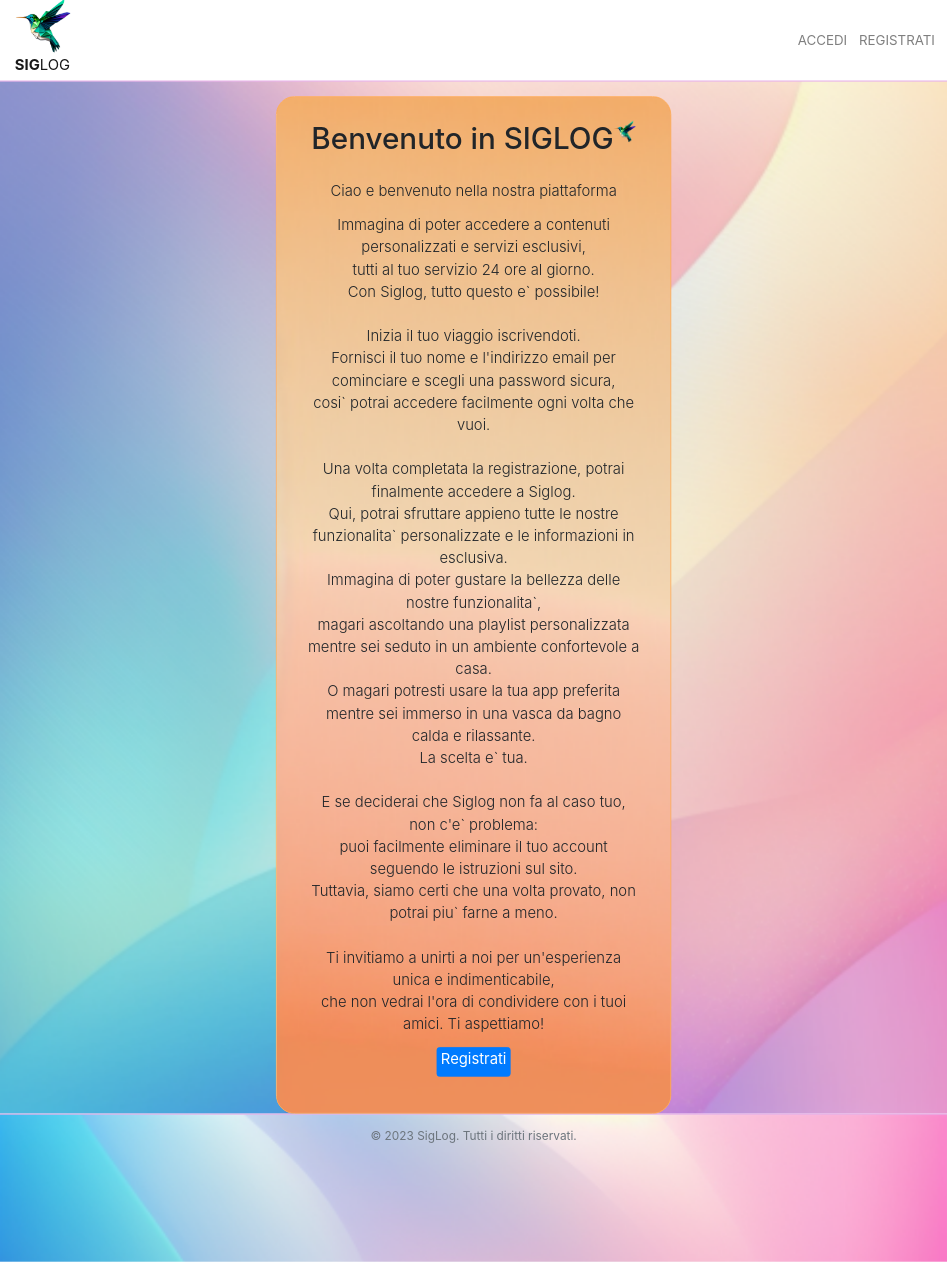
Repository: Nocco-Matteo/web_servlet_tpsi
Page: http://localhost/Servlet/
An editor plug-in stored every save of this project. The page is shown before and after the next save, followed by the edit.
The browser window is 1280 px wide. The pictures show the whole page, at 74% of full size.
Some web libraries are served in a nearby version. The page is served by Tomcat 9. Other server files are loaded and not shown.

Above is the page before, as saved 2023-03-03 22:46:25.

### eclipse/Servlet/src/main/webapp/index.jsp
<%@page import="java.net.http.HttpRequest"%>
<%@ page language="java" contentType="text/html; charset=US-ASCII" pageEncoding="US-ASCII"%>
<%@ page import="java.net.*" %>
<%@ page import="java.util.*" %>
<%@ page import="java.util.Base64.*" %>
<!DOCTYPE html>
<html>
<head>
	<title>Titolo Pagina</title>
	<meta charset="UTF-8">
	<meta name="viewport" content="width=device-width, initial-scale=1.0">
	<link rel="stylesheet" href="https://cdn.jsdelivr.net/npm/bootstrap@4.0.0/dist/css/bootstrap.min.css" integrity="sha384-Gn5384xqQ1aoWXA+058RXPxPg6fy4IWvTNh0E263XmFcJlSAwiGgFAW/dAiS6JXm" crossorigin="anonymous">
	<link rel="stylesheet" type="text/css" href="${pageContext.request.contextPath}/style">
</head>
<body>
<%!
	public static String stringToBase64(String str) //da stringa a base64
	{
	    byte[] bytes = str.getBytes();
	    byte[] encoded = Base64.getEncoder().encode(bytes);
	    return new String(encoded);
	}
	public static String base64ToString(String base64) //da base64 a stringa
	{
	    byte[] decoded = Base64.getDecoder().decode(base64);
	    return new String(decoded);
	}

	public static Boolean is_logged_in(String nome)
	{
		if(nome == null) return false;
		else return true;
	}
	public static String pulisci_attributo()
	{
		return null;
	}
%>

<%
	Boolean accesso = false; //controllo se l'utente ha fatto l'accesso
	String nome_sess = "", //dati utente
			cognome_sess ="",
			email_sess = "",
			password_sess="";
	String pagina = ""; //pagine dinamiche
	String tipo_errore="";//tipo di errore (piu` specifico di classe_errore)
	String classe_errore=""; //classe dell'errore (piu` generale di tipo_errore)

	if(session.getAttribute("nome")!= null) //controllo se l'utente ha fatto l'accesso
	{
		nome_sess = session.getAttribute("nome").toString(); //prendi attributo nome della sessione
		nome_sess = nome_sess.substring(0, 1).toUpperCase() + nome_sess.substring(1); //primo carattere maiuscolo

		cognome_sess = session.getAttribute("cognome").toString(); //prendi attributo cognome della sessione
		cognome_sess = cognome_sess.substring(0, 1).toUpperCase() + cognome_sess.substring(1); //primo carattere maiuscolo

		email_sess = session.getAttribute("email").toString(); //prendi attributo email della sessione
		email_sess = email_sess.toLowerCase(); //tutto minuscolo

		password_sess = session.getAttribute("password").toString(); //prendi attributo password della sessione

		accesso = is_logged_in(nome_sess); //controlla se ha fatto l'accesso
	}



	if(request.getParameter("page")!= null) //cambia pagina in base al parametro get
		pagina = request.getParameter("page"); //impostazione della pagina richiesta


	if(request.getParameter("error")!= null) //se viene rilevato un errore in una richiesta
	{
		String [] errore = base64ToString(request.getParameter("error")).split(","); //divisione del parametro errore
		//errore[0]=classe_errore; errore[1]=tipo_specifico_errore; errore[2]=pagina_di_arrivo
		classe_errore = errore[0];
		//out.print(classe_errore);
		switch(classe_errore)
		{
			case "sql": //errore sql
				pagina = stringToBase64(errore[2]); //ritorno alla pagina di errore
				tipo_errore = errore[1]; //tipo dell'errore dettagliato
				//out.print("errore: "+tipo_errore);
			break;
			case "regex": //errore regex
				pagina = stringToBase64(errore[2]); //ritorno alla pagina di errore
				tipo_errore = errore[1]; //tipo dell'errore dettagliato
				//out.print("errore: "+tipo_errore);
			break;
			case "empty": //accesso fallito
				pagina = stringToBase64(errore[2]); //ritorno alla pagina di errore
				tipo_errore = errore[1]; //tipo dell'errore dettagliato
				//out.print("errore: "+tipo_errore);
			break;
			default:
		}
	}
	//out.print(accesso+"\n");



	//out.print(tipo_errore+"\n");
	//out.print(pagina+"\n");
	pagina = base64ToString(pagina); //conversione parametro get con la pagina
	//out.print(pagina);
%>
<!-- Testa Navbar -->
<nav class="navbar navbar-expand-lg navbar-light ">

	<a class="navbar-brand mt-2 logo" href="${pageContext.request.contextPath}">
		<img class="" width="75px" height="75px" src="${pageContext.request.contextPath}/logo" alt="Logo">
		<p><b>SIG</b>LOG</p>
	</a>

	<button class="navbar-toggler" type="button" data-toggle="collapse" data-target="#navbarNav" aria-controls="navbarNav" aria-expanded="false" aria-label="Toggle navigation">
		<span class="navbar-toggler-icon"></span>
	</button>

	<div class="collapse navbar-collapse justify-content-end" id="navbarNav">
		<%if(accesso){ %>
		<ul class="navbar-nav">
			<li class="nav-item">
				<%=email_sess%>
			</li>
		</ul>
		<ul class="navbar-nav">
			<li class="nav-item">
				<a class="nav-link" href="http://localhost:8080/Servlet_prova/index.jsp?page=<%=stringToBase64("profilo")%>">PROFILO</a>
			</li>
		</ul>
		<%} else{ %>
		<ul class="navbar-nav r-0">
			<li class="nav-item">
				<a class="nav-link" href="http://localhost:8080/Servlet_prova/index.jsp?page=<%=stringToBase64("accedi")%>">ACCEDI </a>
			</li>
			<li class="nav-item">
				<a class="nav-link" href="http://localhost:8080/Servlet_prova/index.jsp?page=<%=stringToBase64("registra")%>">REGISTRATI</a>
			</li>
		</ul>
		<%} %>
	</div>
</nav>
<!-- Corpo Pagina -->
<div class="container-fluid corpo" style="background-image:url('${pageContext.request.contextPath}/background');">
	<div class="row">
		<div class="col"></div>
		<div class="centrale col-md-5 pt-2" style="background-image:url('${pageContext.request.contextPath}/centrale">
			<%if(pagina.equals("registra") && (!accesso || (tipo_errore !=""))){%>
				<!-- BLOCCO REGISTRAZIONE -->
				<form method="POST" action="http://localhost:8080/Servlet_prova/registra" >
					<p><b>REGISTRAZIONE</b></p>
					<hr>
					<%switch(classe_errore){
						case "sql":%>
					<div class="alert alert-danger alert-dismissible fade show d-flex justify-content-center" role="alert">
					    EMAIL' GIA REGISTRATA!
      				</div>
					<%break;
						case "regex":%>
							<div class="alert alert-danger alert-dismissible fade show d-flex justify-content-center" role="alert">
						    ERRORE NELL'INSERIMENTO DEL PARAMETRO: <%=tipo_errore.toUpperCase()%>
	      				</div>
					<%break;} %>
					<div class="form-group">
						<label for="nome">Nome:</label>
						<input type="text" class="form-control" id="nome" name="nome" required>
					</div>
					<div class="form-group">
						<label for="cognome">Cognome:</label>
						<input type="text" class="form-control" id="cognome" name="cognome" required>
					</div>
					<div class="form-group">
						<label for="email">Email:</label>
						<input type="email" class="form-control" id="email" name="email" required>
					</div>
					<div class="form-group">
						<label for="password">Password:</label>
						<input type="password" class="form-control" id="password" name="password" placeholder="almeno 4 caratteri, una lettera maiuscola ed una minuscola" required>
					</div>
					<div class="bottoni">
						<button type="submit" class="btn btn-primary button_a">Registrati</button>
					</div>
					<hr>
				</form>
				<div class="bottoni">
					<div class="d-flex flex-column align-items-center">
						<p>Hai gia' un account?</p>
						<button type="button" class="btn btn-primary button_a" ><a href="http://localhost:8080/Servlet_prova/index.jsp?page=<%=stringToBase64("accedi")%>">Accedi</a></button>
					</div>
				</div>

			<%} else if(pagina.equals("accedi") && !accesso){ %>
				<!-- BLOCCO ACCEDI -->
				<form method="POST" action="http://localhost:8080/Servlet_prova/accedi">
					<p><b>Accesso</b></p>
					<hr>
					<%switch(classe_errore){
						case "empty":%>
					<div class="alert alert-danger alert-dismissible fade show d-flex justify-content-center" role="alert">
					    ACCOUNT NON TROVATO
      				</div>
					<%break;} %>
					<div class="form-group">
						<label for="email">Email:</label>
						<input type="email" class="form-control" id="email" name="email" required>
					</div>
					<div class="form-group">
						<label for="password">Password:</label>
						<input type="password" class="form-control" id="password" name="password" required>
					</div>
					<div class="bottoni">
						<button type="submit" class="btn btn-primary">Accedi</button>
					</div>
					<hr>
					</form>
					<div class="bottoni">
						<div class="d-flex flex-column align-items-center">
							<p>Non hai ancora un account?</p>
							<button type="button" class="btn btn-primary button_a" ><a href="http://localhost:8080/Servlet_prova/index.jsp?page=<%=stringToBase64("registra")%>">Registrati</a></button>
						</div>
					</div>
				</form>
			<% }else if(pagina.equals("profilo") && accesso){%>
		        <form method="POST" action="http://localhost:8080/Servlet_prova/modifica">
		        	<p><b>Modifica Profilo Utente</b></p>
		        	<hr>
		            <div class="form-group">
		                <label for="nome">Nome:</label>
		                <input type="text" class="form-control" id="nome" name="nome" value="<%=nome_sess%>" required>
		            </div>
		            <div class="form-group">
		                <label for="cognome">Cognome:</label>
		                <input type="text" class="form-control" id="cognome" name="cognome" value="<%=cognome_sess%>" required>
		            </div>
		            <div class="form-group">
		                <label for="password">Password:</label>
		                <input type="password" class="form-control" id="password" name="password" value="<%=password_sess%>" required>
		            </div>
		            <div class="form-group" hidden>
						<label for="email">Email:</label>
						<input type="email" class="form-control" id="email" name="email" value="<%=email_sess%>" required>
					</div>
		            <div class="bottoni">
						<button type="submit" class="btn btn-primary">Salva modifiche</button>
					</div>
		        </form>
		        <div class="bottoni btn-group dropup">
					<div class="spazio"></div>
					<div class="dropdown-menu dropdown-menu-right" aria-labelledby="conferma_elimina">
						<p class="conferma">SEI SICURO?</p>
						<a class="dropdown-item" href="${pageContext.request.contextPath}/elimina">Elimina account</a>
					</div>
					<button type="button" class="btn btn-danger button_a" data-toggle="dropdown" aria-controls="conferma_elimina" aria-expanded="false" aria-label="Toggle navigation">
						<a href="#">Elimina</a>
					</button>
				</div>
			<% }else if(pagina.equals("entrato") || accesso){%>
				<!-- BLOCCO DI BENTORNATO/BENVENUTO -->
			    <div class="col mx-auto text-center">
			      <h1>Ciao <%=nome_sess%>!</h1>
			      <p class="lead">Grazie per aver effettuato l'accesso a SIGLOG.</p>
			      <p class="lead">
			      	Siamo entusiasti di averti tra i nostri utenti <br>
			      	e siamo qui per aiutarti a sfruttare al massimo Siglog.<br>
			      	Ti auguriamo una buona permanenza e speriamo di rendere la tua esperienza con noi unica ed emozionante.<br>
			      	<br>
					Con il tuo nuovo account, potrai accedere a contenuti personalizzati e servizi esclusivi.<br>
					Ti invitiamo ad esplorare Siglog<br>
					e a trovare tutte le funzionalita` che si adattano meglio alle tue esigenze.<br>
					Inizia subito ad usare il tuo account per accedere ai nostri servizi personalizzati.<br>
					<br>
					Se hai bisogno di aiuto o hai domande sul nostro sito o sui servizi che offriamo,<br>
					non esitare a contattarci.<br>
					Il nostro team di supporto e` a tua disposizione per rispondere a tutte le tue domande<br>
					e aiutarti in ogni modo possibile.<br>
					<br>
					Grazie ancora per aver scelto di unirti a noi.<br>
					Siamo impazienti di vedere cosa puoi fare con il tuo account<br>
					e di averti tra i nostri utenti piu' attivi ed entusiasti.<br>
					Buon divertimento!</p>
			      <button type="button" class="btn btn-primary button_a" ><a href="http://localhost:8080/Servlet_prova/index.jsp?page=<%=stringToBase64("esci")%>">Esci</a></button>
			    </div>

			<%} else{%>
				<div class="col mb-4 mx-auto text-center">
					<div class="mt-4 d-flex flex-row justify-content-center">
						<h1>Benvenuto in SIGLOG</h1>
				      	<img width="30px" height="30px" src="${pageContext.request.contextPath}/logo" alt="Logo">
				    </div>
				    <br>
			      <p class="lead">Ciao e benvenuto nella nostra piattaforma</p>
			      <p class="lead">
			      	Immagina di poter accedere a contenuti personalizzati e servizi esclusivi,<br>
			      	tutti al tuo servizio 24 ore al giorno. <br>
			      	Con Siglog, tutto questo e` possibile!<br>
			      	<br>
			      	Inizia il tuo viaggio iscrivendoti.<br>
			      	Fornisci il tuo nome e l'indirizzo email per cominciare e scegli una password sicura,<br>
			      	cosi` potrai accedere facilmente ogni volta che vuoi.<br>
			      	<br>
					Una volta completata la registrazione, potrai finalmente accedere a Siglog.<br>
					Qui, potrai sfruttare appieno tutte le nostre funzionalita` personalizzate e le informazioni in esclusiva.<br>
					Immagina di poter gustare la bellezza delle nostre funzionalita`,<br>
					magari ascoltando una playlist personalizzata mentre sei seduto in un ambiente confortevole a casa.<br>
					O magari potresti usare la tua app preferita mentre sei immerso in una vasca da bagno calda e rilassante.<br>
					La scelta e` tua.<br>
					<br>
					E se deciderai che Siglog non fa al caso tuo, non c'e` problema: <br>
					puoi facilmente eliminare il tuo account seguendo le istruzioni sul sito. <br>
					Tuttavia, siamo certi che una volta provato, non potrai piu` farne a meno. <br>
					<br>
					Ti invitiamo a unirti a noi per un'esperienza unica e indimenticabile, <br>
					che non vedrai l'ora di condividere con i tuoi amici. Ti aspettiamo!</p>
			      <button type="button" class="btn btn-primary button_a" ><a href="http://localhost:8080/Servlet_prova/index.jsp?page=<%=stringToBase64("registra")%>">Registrati</a></button>
			    </div>
			<%} %>
		</div>
		<div class="col"></div>
	</div>
</div>
<!-- Footbar -->
<footer class="footer bg-light mt-auto py-3" style="background-image:url('${pageContext.request.contextPath}/nav');">
	<div class="container text-center">
		<span class="text-muted">&copy; 2023 SigLog. Tutti i diritti riservati.</span>
	</div>
</footer>

<!-- js Bootstrap -->
<script src="https://code.jquery.com/jquery-3.2.1.slim.min.js" integrity="sha384-KJ3o2DKtIkvYIK3UENzmM7KCkRr/rE9/Qpg6aAZGJwFDMVNA/GpGFF93hXpG5KkN" crossorigin="anonymous"></script>
<script src="https://cdn.jsdelivr.net/npm/popper.js@1.12.9/dist/umd/popper.min.js" integrity="sha384-ApNbgh9B+Y1QKtv3Rn7W3mgPxhU9K/ScQsAP7hUibX39j7fakFPskvXusvfa0b4Q" crossorigin="anonymous"></script>
<script src="https://cdn.jsdelivr.net/npm/bootstrap@4.0.0/dist/js/bootstrap.min.js" integrity="sha384-JZR6Spejh4U02d8jOt6vLEHfe/JQGiRRSQQxSfFWpi1MquVdAyjUar5+76PVCmYl" crossorigin="anonymous"></script>
</body>
</html>

### eclipse/Servlet/src/main/webapp/css/style.css
html,body
{
	height:100%;
	width:100%;
	margin:0;
	padding:0;
}
#navbarNav
{
	color: #000;
	right:0;
}

#navbarNav > ul
{
	width:190px;
	font-size: 18px;
	color: black;
	margin-right:20px;
}
#navbarNav > ul > li
{
	margin-left:auto;
}
.footer, .navbar, .centrale
{
	background-repeat: no-repeat;
	background-size: cover;
}
.corpo
{
	min-height: 500px;
	background-repeat: no-repeat;
	background-position: center;
	background-size: cover;
}
.conferma
{
	color: red;
	width:100%;
	text-align:center;
	margin-bottom:7px;
}
.btn a
{
	width: 100%;
    height: 100%;

    padding: 0;
    margin: 0;

	list-style-type:none;
	color: white;
	display: block;
}
.button_a
{

	width: 100px;
	height: 40px;

    padding: 0;
    margin: 0;

    font-size: 20px;
    text-align:center
}
.centrale
{
	margin-top: 20px;
	background-color: white;
	padding: 25px;
	border-radius: 25px;
	border:1px solid #ffa348;
}

form > p:first-of-type
{
	font-size:25px;
	text-align: center;
}

.bottoni
{
	display: flex;
	width: 100%;
	flex-direction: row;
	justify-content: center;
	align-items: center;
}
.spazio
{
	flex-grow: 1;
}
.logo
{
	height:auto;
	width:auto;
	margin:0;
	padding:0;

	margin-left: 20px;
	display:block;
}
.footer
{
	height: 200px;
	border-top: 1px solid #dc8add;
}
.navbar
{
	height:110px;
	min-height:100px;
	background: rgba(0,0,0,0);
	color: #000;
	margin:0;
	padding:0;
	border-bottom: 1px solid #dc8add;
}

Loaded but not shown: eclipse/Servlet/src/main/java/it/molinari/controller/Controller.java (277 lines, source omitted)

After the next save:
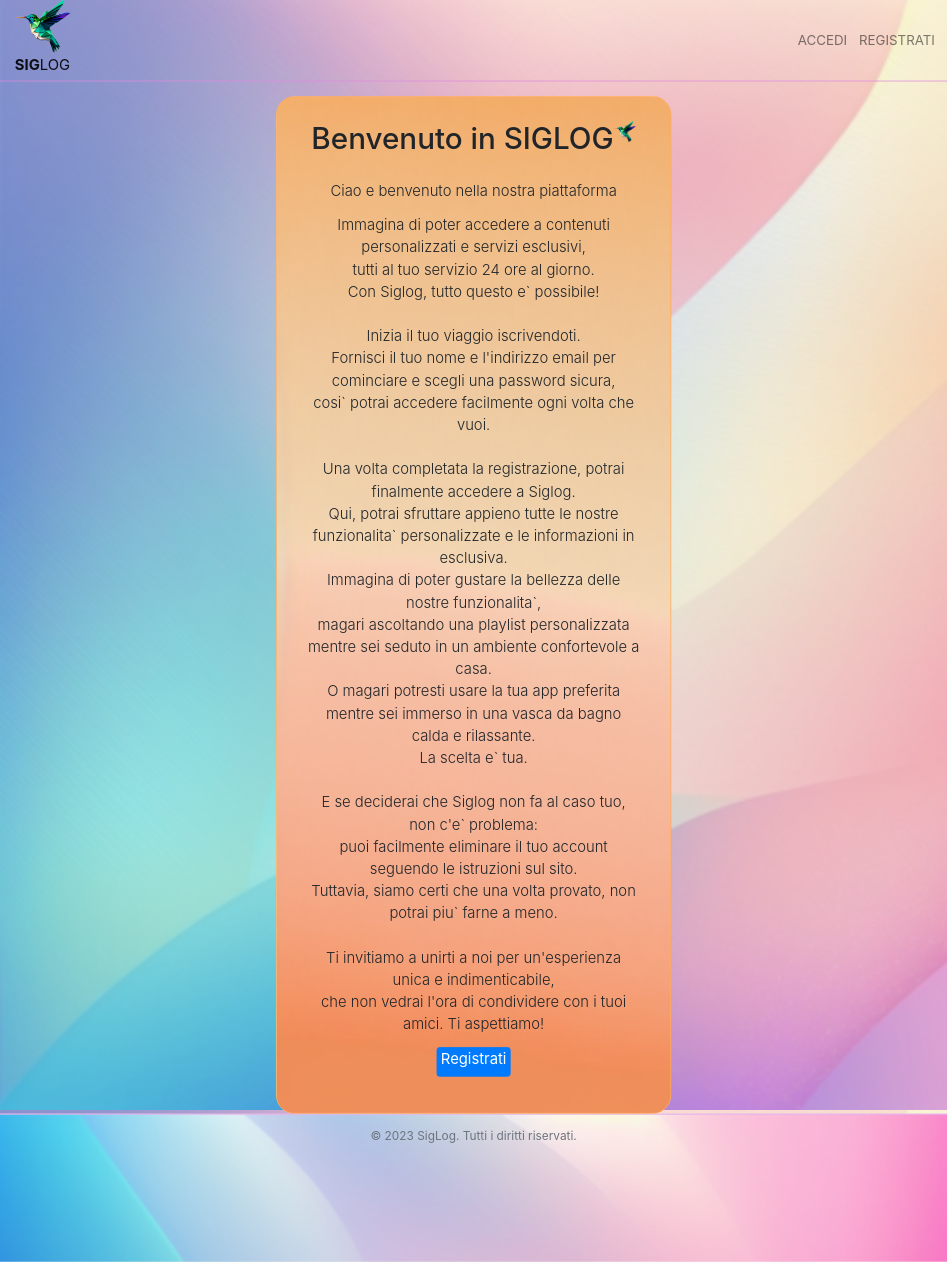
Saved 36 min 25 s later.
--- a/eclipse/Servlet/src/main/webapp/index.jsp
+++ b/eclipse/Servlet/src/main/webapp/index.jsp
@@ -12,7 +12,7 @@
 	<link rel="stylesheet" href="https://cdn.jsdelivr.net/npm/bootstrap@4.0.0/dist/css/bootstrap.min.css" integrity="sha384-Gn5384xqQ1aoWXA+058RXPxPg6fy4IWvTNh0E263XmFcJlSAwiGgFAW/dAiS6JXm" crossorigin="anonymous">
 	<link rel="stylesheet" type="text/css" href="${pageContext.request.contextPath}/style">
 </head>
-<body>
+<body style="background-image:url('${pageContext.request.contextPath}/background');">
 <%!
 	public static String stringToBase64(String str) //da stringa a base64
 	{
@@ -141,7 +141,7 @@
 	</div>
 </nav>
 <!-- Corpo Pagina -->
-<div class="container-fluid corpo" style="background-image:url('${pageContext.request.contextPath}/background');">
+<div class="container-fluid corpo" >
 	<div class="row">
 		<div class="col"></div>
 		<div class="centrale col-md-5 pt-2" style="background-image:url('${pageContext.request.contextPath}/centrale">
